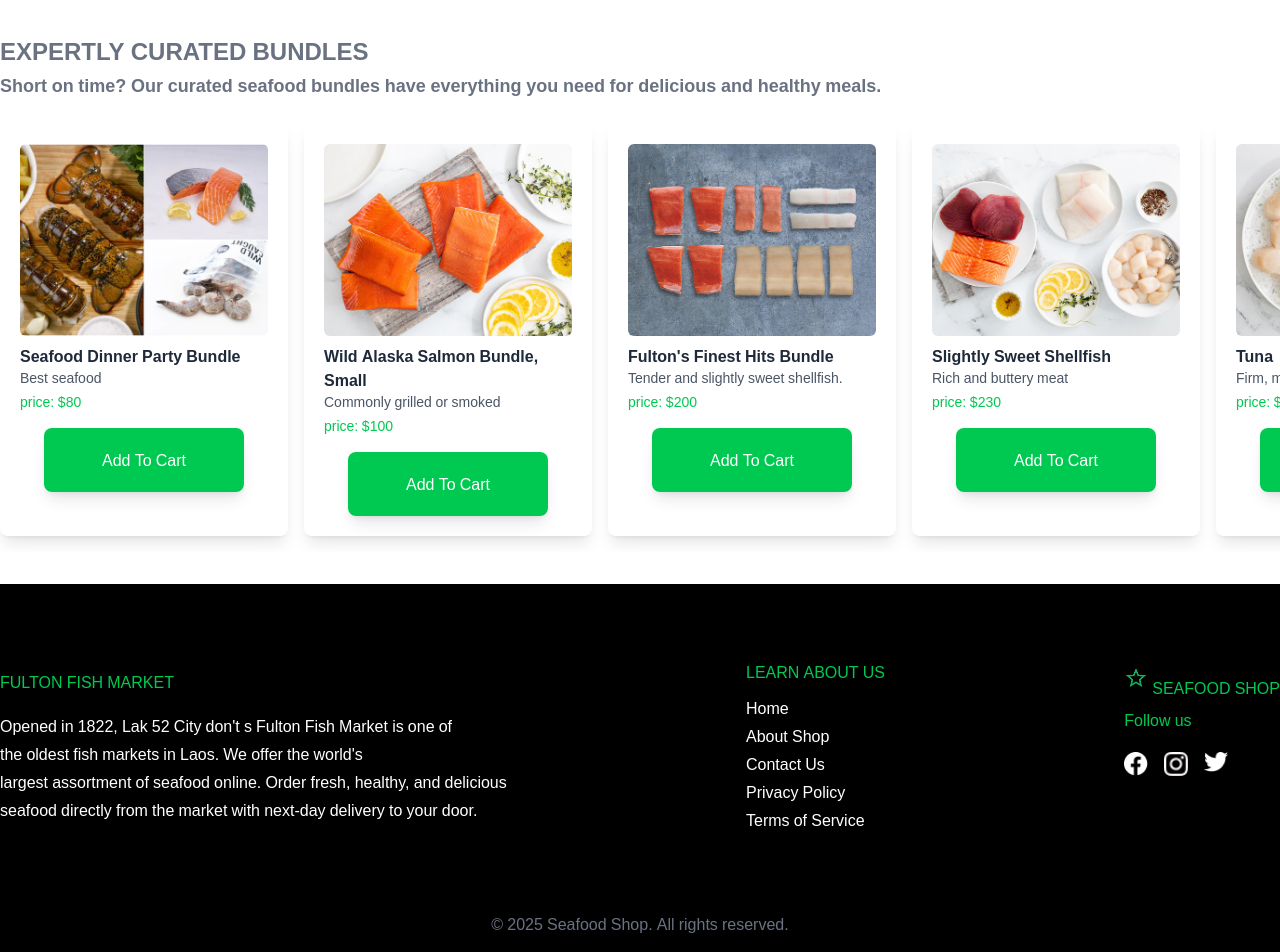
Repository: KongRucifer/SeaFood-Shop
Page: /modules/home/views
These files come from the project's save history. The page is drawn as it stood at one moment and after a run of saves; the edit follows.
The browser window is 1280 px wide. The pictures show the part of the page from y = 2388 to 3340 px (the page is 3340 px tall).
The project was rebuilt for these pictures with package versions that can differ from the ones it lists, and the page was loaded fresh each time. The framework's server and built-in components were replaced by stand-ins that run in the browser. Also part of the build but not shown: next.config.ts.

Above is the page before, as saved 2025-06-25 22:14:22.

### src/app/layout.tsx
import type { Metadata } from "next";
import { Geist, Geist_Mono } from "next/font/google";
import "./globals.css";
import Navbar from "@/app/components/Navbar";
import Footer from "@/app/components/Footer";
import { Noto_Sans_Lao } from 'next/font/google';
 const geistSans = Geist({
  variable: "--font-geist-sans",
  subsets: ["latin"],
});

const geistMono = Geist_Mono({
  variable: "--font-geist-mono",
  subsets: ["latin"],
});
const notoSansLao = Noto_Sans_Lao({
  subsets: ['lao'],
  weight: ['400', '700'],
  variable: '--font-noto-sans-lao',
  display: 'swap',
});
export const metadata: Metadata = {
  title: "ຮ້ານຂາຍອາຫານທະເລ - ໜ້າທຳອິດ | Seafood Shop",
  icons: {
    icon: "/images/logoShop.png", // You can also use other formats like PNG
  },
  description:
    "ຮ້ານຂາຍອາຫານທະເລອອນໄລ ໜ້າທຳອິດ ລວມອາຫານທະເລຫຼາກຫຼາຍ ເຊັ່ນ ປາ, ປູ, ກຸ້ງ ແລະ ອາຫານທະເລອື່ນໆ ສາມາດສັ່ງຊື້ໃນເວັບໄຊໄດ້ ມີບໍລິການສົ່ງໄປເຖີງທີ່ ສາມາດເຮັດ ການໂອນເງິນ ທີ່ເວັບໄຊທ໌ຂອງພວກເຮົາ",
  keywords:
    "ອາຫານທະເລ ອອນໄລ, ຮ້ານຂາຍອາຫານທະເລ, ສັ່ງອາຫານທະເລ, ອາຫານທະເລສົ່ງໄວທັນໃຈ",
  authors: [{ name: "kong mong thao" }],
  publisher: "Super Shop SeaFood",
  robots: {
    index: true,
    follow: true,
  },
  openGraph: {
    title: "ຮ້ານຂາຍອາຫານທະເລ - ໜ້າທຳອິດ | Seafood Shop",
    description:
      "ສັ່ງຊື້ອາຫານທະເລ ລາຄາຖືກ ສົ່ງໄວ ທັນໃຈ ສາມາດໂອນເງີນ ປາຍທາງໄດ້",
    url: "http://localhost:3000/images/fish.jpeg",
    siteName: "Seafood Shop",
    locale: "th_TH",
    type: "website",
    images: [
      {
        url: "http://localhost:3000/images/myshopSeafood.jpeg",
        width: 1200,
        height: 630,
        alt: "Food Shop Image",
      },
    ],
  },
  twitter: {
    card: "summary_large_image",
    title: "ຮ້ານຂາຍອາຫານທະເລ - ໜ້າທຳອິດ | Seafood Shop",
    description:
      "ສັ່ງຊື້ອາຫານທະເລ ລາຄາຖືກ ສົ່ງໄວ ທັນໃຈ ມີບໍລິການໂອນເງີນ ປາຍທາງ",
    images: ["http://localhost:3000/images/seafood2.jpeg"],
  },
  alternates: {
    canonical: "https://yourdomain.com/",
  },

}
export const viewport = {
  width: 'device-width',
  initialScale: 1,
};
export default function RootLayout({
  children,
}: Readonly<{
  children: React.ReactNode;
}>) {
  return (
    <html lang="lo" className={notoSansLao.variable}>
      <body
        className={`${geistSans.variable} ${geistMono.variable} antialiased`}
      >
        <Navbar />
        {children}
        <Footer />
      </body>
    </html>
  );
}

### src/app/modules/home/views/page.tsx
import Banner from "@/app/modules/home/components/Banner.component";
import Best_Sellers from "@/app/modules/home/components/Best_Sellers.component";
import Popular_Shellfish from "@/app/modules/home/components/Popular_Shellfish.component";
import Fulton_Finsider from "@/app/modules/home/components/Fulton_Finsider.component";
import Healthy_Meals from "@/app/modules/home/components/Healthy_Meals.component";
export default function Home() {
  return (
    <div className="flex flex-col items-center justify-center ">
      <Banner />
      <Best_Sellers />
      <Popular_Shellfish />
      <Fulton_Finsider />
      <Healthy_Meals />
    </div>
  );
}

### src/app/globals.css
 @import "tailwindcss";
 body {
  font-family: var(--font-noto-sans-lao), sans-serif;
}
@keyframes upDown {
  0% {
    transform: translateY(0);
  }
  50% {
    transform: translateY(-10px);
  }
  100% {
    transform: translateY(0);
  }
}

.hover-updown:hover {
  animation: upDown 1s ease-in-out infinite;
}

### src/app/components/Navbar.tsx
import Link from "next/link";
import Image from "next/image";
export default async function Navbar() {
  return (
    <nav className="bg-white border-gray-200 dark:bg-gray-900 shadow-md fixed top-0 left-0 z-50 w-full">
      <div className="container mx-auto">
        <div className=" flex flex-wrap items-center justify-between  p-4">
          <div className="flex items-center">
            <Image
              src="/images/lets-icons_shop.png"
              alt="Seafood Shop Logo"
              width={32}
              height={32}
              className="mr-3"
            />
            <span className="self-center text-2xl font-semibold whitespace-nowrap dark:text-white">
              Seafood Shop
            </span>
          </div>
          <div className="flex justify-center items-center md:order-2 gap-10">
            <Link
              href="/"
              className="-pb-1 border-b-2 border-transparent hover:border-green-500 transition"
            >
              Home
            </Link>
            <Link
              href="/"
              className="-pb-1 border-b-2 border-transparent hover:border-green-500 transition"
            >
              About Shop
            </Link>
            <Link
              href="/"
              className="-pb-1 border-b-2 border-transparent hover:border-green-500 transition"
            >
              Contact Us
            </Link>
            <Link
              href="/"
              className="border border-green-500 text-green-500 px-4 py-2 rounded hover:bg-green-50 transition"
            >
              Sign Up
            </Link>
            <Link
              href="/"
              className="border border-green-500 text-green-500 px-4 py-2 rounded hover:bg-green-50 transition"
            >
              Sign In
            </Link>
          </div>
        </div>
      </div>
    </nav>
  );
}

### src/app/components/Footer.tsx
import Link from "next/link";
import Image from "next/image";

export default function Footer() {
  return (
    <footer className="bg-black dark:bg-gray-900">
      <div className="max-w-screen-xl mx-auto container pt-4 pb-4 sm:items-center">
        <div>
          <div className="flex flex-col md:flex-row justify-between items-start md:items-center space-y-4 md:space-y-0 md:space-x-8 text-white mb-20 mt-15">
            <div>
              <h3 className="mb-5 text-green-500">FULTON FISH MARKET</h3>
              <div className="text-md space-y-1">
                <p>
                  Opened in 1822, Lak 52 City don&apos;t s Fulton Fish Market is one of
                </p>
                <p>the oldest fish markets in Laos. We offer the world&apos;s</p>
                <p>
                  largest assortment of seafood online. Order fresh, healthy,
                  and delicious
                </p>
                <p>
                  seafood directly from the market with next-day delivery to
                  your door.
                </p>
              </div>
            </div>

            <div>
              <h3 className="mb-3 text-green-500">LEARN ABOUT US</h3>
              <ul className="space-y-1">
                <li>
                  <Link
                    href="/"
                    className="hover:text-gray-300 transition block"
                  >
                    Home
                  </Link>
                </li>
                <li>
                  <Link
                    href="/about"
                    className="hover:text-gray-300 transition block"
                  >
                    About Shop
                  </Link>
                </li>
                <li>
                  <Link
                    href="/contact"
                    className="hover:text-gray-300 transition block"
                  >
                    Contact Us
                  </Link>
                </li>
                <li>
                  <Link
                    href="/privacy-policy"
                    className="hover:text-gray-300 transition block"
                  >
                    Privacy Policy
                  </Link>
                </li>
                <li>
                  <Link
                    href="/terms-of-service"
                    className="hover:text-gray-300 transition block"
                  >
                    Terms of Service
                  </Link>
                </li>
              </ul>
            </div>

            <div className="xl:-mt-10 lg:-mt-10 sm:mt-10 md:-mt-13">
              <div className="mb-2 text-green-500 flex items-center gap-1">
                <Image
                  src="/images/star.png"
                  alt="Star Logo"
                  width={24}
                  height={24}
                  className="-mt-5"
                />
                <h3>SEAFOOD SHOP</h3>
              </div>
              <h3 className="mb-5 text-green-500">Follow us</h3>
              <ul className="flex space-x-4">
                <li>
                  <a
                    href="https://www.facebook.com"
                    target="_blank"
                    rel="noopener noreferrer"
                  >
                    <Image
                      src="/images/facebook.png"
                      alt="Facebook"
                      width={24}
                      height={24}
                    />
                  </a>
                </li>
                <li>
                  <a
                    href="https://www.instagram.com"
                    target="_blank"
                    rel="noopener noreferrer"
                  >
                    <Image
                      src="/images/instagram.png"
                      alt="Instagram"
                      width={24}
                      height={24}
                    />
                  </a>
                </li>
                <li>
                  <a
                    href="https://www.twitter.com"
                    target="_blank"
                    rel="noopener noreferrer"
                  >
                    <Image
                      src="/images/twitter.png"
                      alt="Twitter"
                      width={24}
                      height={24}
                    />
                  </a>
                </li>
              </ul>
            </div>
          </div>

          <div className="text-center text-gray-500 dark:text-gray-400">
            © {new Date().getFullYear()} Seafood Shop. All rights reserved.
          </div>
        </div>
      </div>
    </footer>
  );
}

### src/app/modules/home/components/Banner.component.tsx
import Image from "next/image";

export default function Banner() {
  return (
    <div className="relative w-full h-[520px] overflow-hidden mb-10">
      <Image
        src="/images/food.jpg"
        alt="no image seafood"
        layout="fill"
        objectFit="cover"
        className="opacity-60"
        priority
      />
      <h1 className="relative z-10 flex items-center justify-center h-full text-4xl font-bold text-gray-700">
        Welcome to Seafood Shop
      </h1>
    </div>
  );
}

### src/app/modules/home/components/Best_Sellers.component.tsx
import Image from "next/image";

export default function Best_Sellers() {
  return (
    <div className="container mx-auto py-8 mb-10">
      <div className="flex justify-between items-start">
        <div>
          <h1 className="text-2xl font-bold mb-1 text-gray-500">BEST SELLERS</h1>
          <h2 className="text-lg font-bold mb-6 text-gray-500">
            The most loved seafoods according to our customers.
          </h2>
        </div>
        <div className="flex items-center space-x-2">
          <Image
            src="/images/firstCheer.png"
            alt="Satisfaction Guarantee"
            width={28}
            height={28}
          />
          <span className="text-lg font-bold text-gray-500">
            100% satisfaction guarantee
          </span>
        </div>
      </div>

      <div className="flex overflow-x-auto space-x-4 pb-4">
        {/* Card template */}
        {[
          {
            title: "Lobster",
            desc: "Rich and buttery meat.",
            price: "$30",
            img: "/images/kabpum.jpeg",
          },
          {
            title: "Shrimp",
            desc: "Small, sweet, and tender shellfish.",
            price: "$20",
            img: "/images/koobcws.jpg",
          },
          {
            title: "Lobster",
            desc: "Often boiled or grilled.",
            price: "$30",
            img: "/images/kapu.jpg",
          },
          {
            title: "Wild Atlantic Cod Portion",
            desc: "Oily fish rich in omega-3.",
            price: "$40",
            img: "/images/fishwhite.webp",
          },
          {
            title: "Wild Colossal Blue Shrimp",
            desc: "Small, sweet, and tender shellfish.",
            price: "$50",
            img: "/images/food.jpg",
          },
        ].map((item, index) => (
          <div
            key={index}
            className="w-75 flex-shrink-0 bg-white rounded-lg shadow-lg p-5 transform transition duration-300 hover:scale-105"
          >
            <div className="overflow-hidden rounded-md relative w-full h-48">
              <Image
                src={item.img}
                alt={item.title}
                layout="fill"
                objectFit="cover"
                className="rounded-md"
              />
            </div>
            <div className="mt-2">
              <h4 className="font-semibold text-gray-800">{item.title}</h4>
              <p className="text-sm text-gray-600">{item.desc}</p>
              <p className="text-sm text-green-500 mt-1">price: {item.price}</p>
            </div>
            <div className="flex justify-center mt-4">
              <button className="min-w-[200px] rounded-lg shadow-lg p-5 cursor-pointer bg-green-500 hover:bg-green-700 text-white transform transition duration-300 hover:scale-105">
                Add To Cart
              </button>
            </div>
          </div>
        ))}
      </div>
    </div>
  );
}

### src/app/modules/home/components/Popular_Shellfish.component.tsx
import Image from "next/image";

export default async function Popular_Shellfish() {
  return (
    <div className="container mx-auto py-8">
      <div>
        <h1 className="text-2xl font-bold mb-1 text-gray-500">
          SHRIMP, SCALLOPS & LOBSTERS
        </h1>
        <h2 className="text-lg font-bold mb-6 text-gray-500">
          The most popular shellfish in the sea.
        </h2>
      </div>

      <div className="flex overflow-x-auto space-x-4 pb-4">
        {/* Card 1 */}
        <div className="w-[300px] flex-shrink-0 bg-white rounded-lg shadow-lg p-5 transform transition duration-300 hover:scale-105">
          <Image
            src="/images/content3food.webp"
            alt="Scallops"
            width={300}
            height={192}
            className="w-full h-48 object-cover rounded-md"
          />
          <div className="mt-2">
            <h4 className="font-semibold text-gray-800">Scallops</h4>
            <p className="text-sm text-gray-600">Wild-caught from cold North waters</p>
            <p className="text-sm text-green-500 mt-1">price: $70</p>
          </div>
          <div className="flex justify-center mt-4">
            <button className="min-w-[200px] rounded-lg shadow-lg p-5 cursor-pointer bg-green-500 hover:bg-green-700 text-white transition duration-300 hover:scale-105">
              Add To Cart
            </button>
          </div>
        </div>

        {/* Card 2 */}
        <div className="w-[300px] flex-shrink-0 bg-white rounded-lg shadow-lg p-5 transform transition duration-300 hover:scale-105">
          <Image
            src="/images/content3foodd.webp"
            alt="Deveined Blue Shrimp"
            width={300}
            height={192}
            className="w-full h-48 object-cover rounded-md"
          />
          <div className="mt-2">
            <h4 className="font-semibold text-gray-800">Deveined Blue Shrimp</h4>
            <p className="text-sm text-gray-600">Small, sweet, and tender shellfish</p>
            <p className="text-sm text-green-500 mt-1">price: $75</p>
          </div>
          <div className="flex justify-center mt-4">
            <button className="min-w-[200px] rounded-lg shadow-lg p-5 cursor-pointer bg-green-500 hover:bg-green-700 text-white transition duration-300 hover:scale-105">
              Add To Cart
            </button>
          </div>
        </div>

        {/* Card 3 */}
        <div className="w-[300px] flex-shrink-0 bg-white rounded-lg shadow-lg p-5 transform transition duration-300 hover:scale-105">
          <Image
            src="/images/content3fooddd.jpg"
            alt="Deveined Shrimp"
            width={300}
            height={192}
            className="w-full h-48 object-cover rounded-md"
          />
          <div className="mt-2">
            <h4 className="font-semibold text-gray-800">Deveined Shrimp</h4>
            <p className="text-sm text-gray-600">Sweet, and tender shellfish</p>
            <p className="text-sm text-green-500 mt-1">price: $70</p>
          </div>
          <div className="flex justify-center mt-4">
            <button className="min-w-[200px] rounded-lg shadow-lg p-5 cursor-pointer bg-green-500 hover:bg-green-700 text-white transition duration-300 hover:scale-105">
              Add To Cart
            </button>
          </div>
        </div>

        {/* Card 4 */}
        <div className="w-[300px] flex-shrink-0 bg-white rounded-lg shadow-lg p-5 transform transition duration-300 hover:scale-105">
          <Image
            src="/images/content3fooddt.webp"
            alt="Wild Lobster Tails"
            width={300}
            height={192}
            className="w-full h-48 object-cover rounded-md"
          />
          <div className="mt-2">
            <h4 className="font-semibold text-gray-800">Wild Lobster Tails</h4>
            <p className="text-sm text-gray-600">Served with melted butter.</p>
            <p className="text-sm text-green-500 mt-1">price: $90</p>
          </div>
          <div className="flex justify-center mt-4">
            <button className="min-w-[200px] rounded-lg shadow-lg p-5 cursor-pointer bg-green-500 hover:bg-green-700 text-white transition duration-300 hover:scale-105">
              Add To Cart
            </button>
          </div>
        </div>

        {/* Card 5 */}
        <div className="w-[300px] flex-shrink-0 bg-white rounded-lg shadow-lg p-5 transform transition duration-300 hover:scale-105">
          <Image
            src="/images/seafood2.jpeg"
            alt="Mackerel"
            width={300}
            height={192}
            className="w-full h-48 object-cover rounded-md"
          />
          <div className="mt-2">
            <h4 className="font-semibold text-gray-800">Mackerel</h4>
            <p className="text-sm text-gray-600">A flavorful, oily fish rich in omega-3</p>
            <p className="text-sm text-green-500 mt-1">price: $90</p>
          </div>
          <div className="flex justify-center mt-4">
            <button className="min-w-[200px] rounded-lg shadow-lg p-5 cursor-pointer bg-green-500 hover:bg-green-700 text-white transition duration-300 hover:scale-105">
              Add To Cart
            </button>
          </div>
        </div>
      </div>
    </div>
  );
}

### src/app/modules/home/components/Fulton_Finsider.component.tsx
import Image from "next/image";

export default function Fulton_Finsider() {
  return (
    <div className="relative w-full h-[40rem] overflow-hidden mb-10">
      {/* Background Image */}
      <div className="absolute w-full h-full">
        <Image
          src="/images/celender2.png"
          alt="Seafood background"
          layout="fill"
          objectFit="cover"
          quality={90}
        />
      </div>

      {/* Content Layer */}
      <div className="relative z-10 flex flex-col md:flex-row items-center justify-start h-full text-center px-4 md:px-10 text-gray-800 bg-black/30">
        {/* Card 1 */}
        <div className="max-w-sm rounded-xl p-6 m-4 shadow-lg bg-white/10">
          <div className="w-20 h-20 bg-white rounded-full flex items-center justify-center mx-auto mb-4 shadow">
            <Image
              src="/images/puss.png"
              alt="Seafood Icon"
              width={48}
              height={48}
              className="hover-updown"
            />
          </div>
          <h2 className="text-xl font-semibold mb-2 text-white">Dive In & Explore</h2>
          <p className="text-sm mb-2 text-gray-300">
            Craving buttery scallops, sushi-grade tuna, or wild-caught salmon?
            We’ve got the best, chef-quality seafood ready for your table!
          </p>
          <p className="text-sm mb-4 font-medium text-white">
            Pro Tip: Not sure what to try first?
          </p>
          <button className="px-4 py-2 bg-white border border-gray-300 text-gray-600 rounded hover:bg-gray-100 transition">
            OUR BEST SELLERS
          </button>
        </div>

        {/* Card 2 */}
        <div className="max-w-sm rounded-xl p-6 m-4 shadow-lg bg-white/10">
          <div className="w-20 h-20 bg-white rounded-full flex items-center justify-center mx-auto mb-4 shadow">
            <Image
              src="/images/pass.png"
              alt="Seafood Icon"
              width={48}
              height={48}
              className="hover-updown"
            />
          </div>
          <h2 className="text-xl font-semibold mb-2 text-white">Make Your Catch</h2>
          <p className="text-sm mb-2 text-gray-300">
            Love fresh seafood? Set it and forget it! Subscribe for savings, VIP
            perks, and exclusive gifts—no effort required!
          </p>
          <p className="text-sm mb-4 font-medium text-white">
            Save 15% or more on every order!
          </p>
          <button className="px-4 py-2 bg-white border border-gray-300 text-gray-600 rounded hover:bg-gray-100 transition">
            SUBSCRIBE & SAVE
          </button>
        </div>

        {/* Card 3 */}
        <div className="max-w-sm rounded-xl p-6 m-4 shadow-lg bg-white/10">
          <div className="w-20 h-20 bg-white rounded-full flex items-center justify-center mx-auto mb-4 shadow">
            <Image
              src="/images/puss.png"
              alt="Seafood Icon"
              width={48}
              height={48}
              className="hover-updown"
            />
          </div>
          <h2 className="text-xl font-semibold mb-2 text-white">Reel It In</h2>
          <p className="text-sm mb-2 text-gray-300">
            Our seafood ships fast, freshly-frozen, and packed with care in
            eco-friendly materials. No more guessing how long that store-bought
            fish has been hanging around!
          </p>
          <p className="text-sm mb-4 font-medium text-white">
            Worried about cooking? Don’t be!
          </p>
          <button className="px-4 py-2 bg-white border border-gray-300 text-gray-600 rounded hover:bg-gray-100 transition">
            TIPS & RECIPES
          </button>
        </div>
      </div>
    </div>
  );
}

Loaded but not shown: src/app/modules/home/components/Healthy_Meals.component.tsx (136 lines, source omitted)

After the next 3 saves:
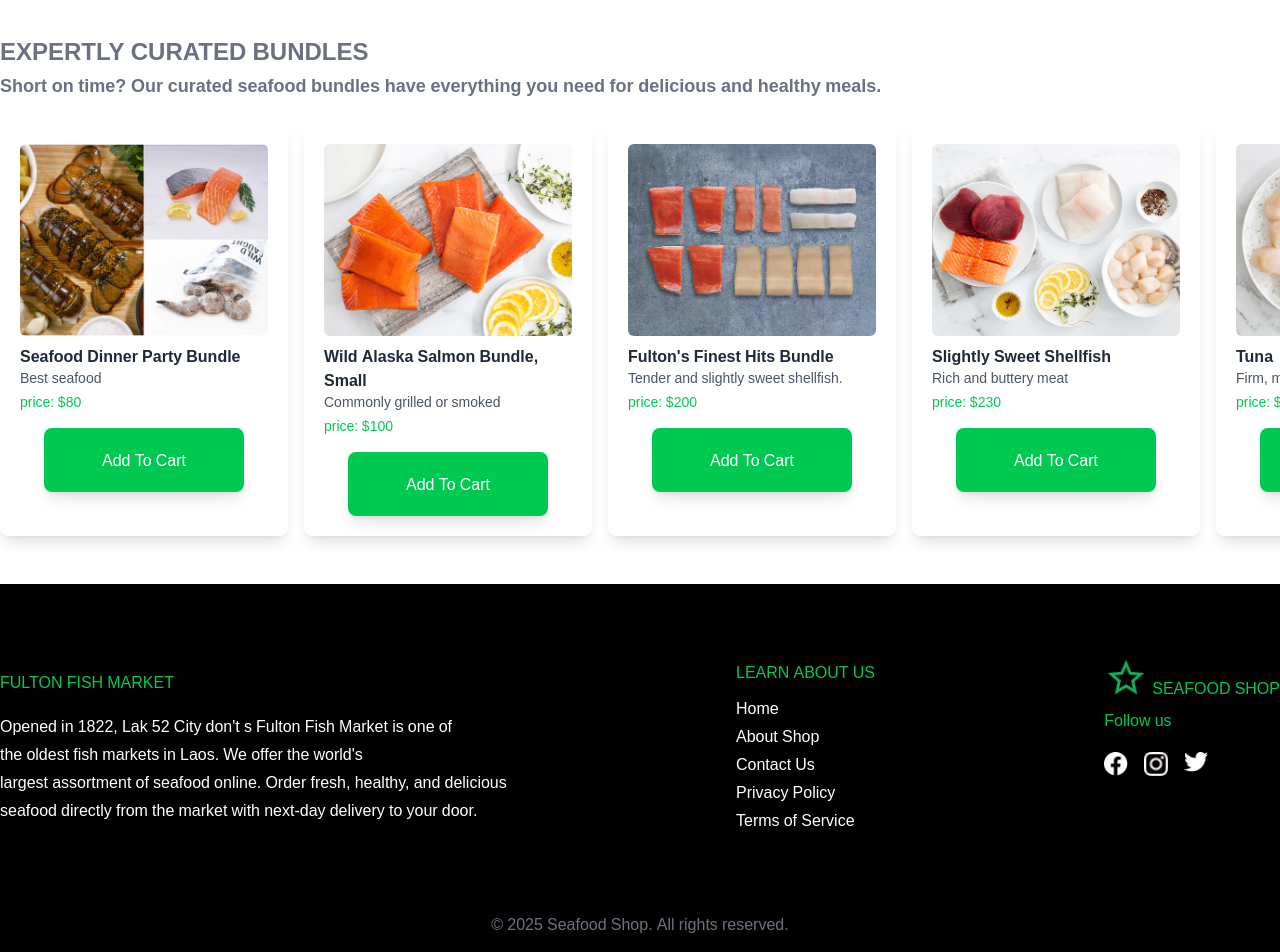
The 3 saves are shown as one change because they came seconds apart.
The last was saved 15 s later.
--- a/src/app/components/Footer.tsx
+++ b/src/app/components/Footer.tsx
@@ -76,8 +76,8 @@
                 <Image
                   src="/images/star.png"
                   alt="Star Logo"
-                  width={24}
-                  height={24}
+                  width={44}
+                  height={44}
                   className="-mt-5"
                 />
                 <h3>SEAFOOD SHOP</h3>
